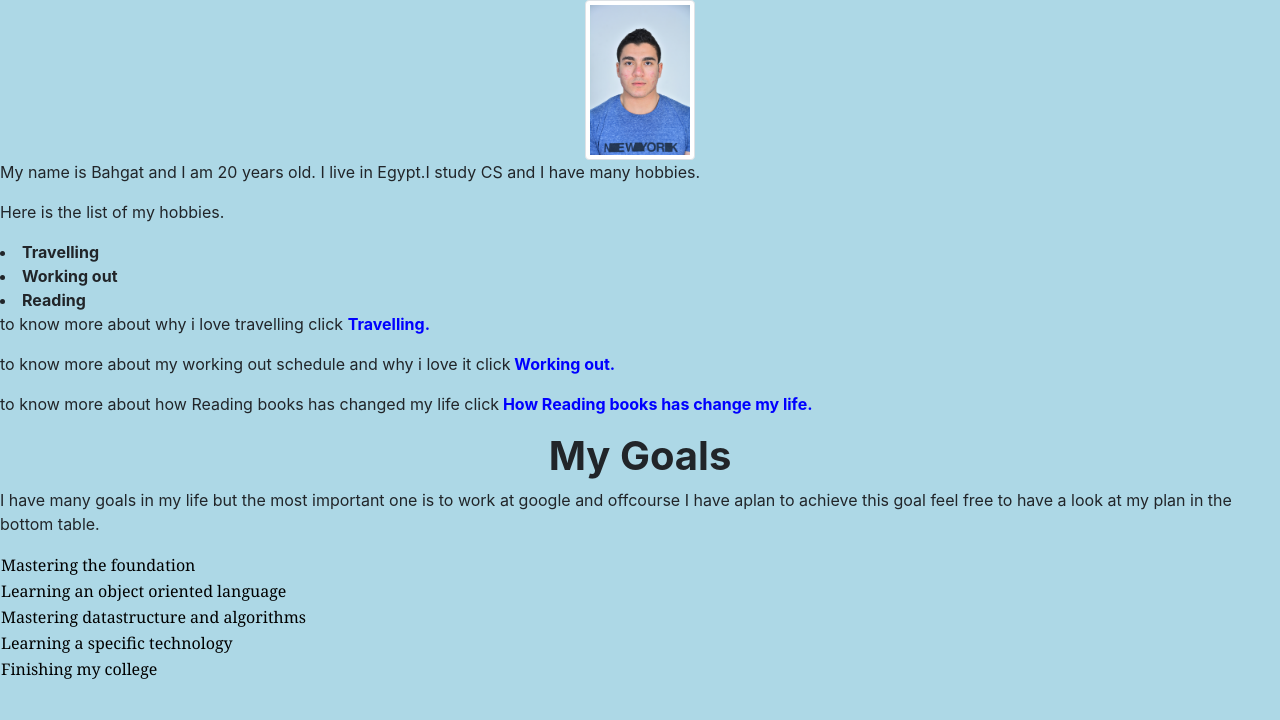
Repository: bahgaat/cs50
Page: environment/pset5/homepage/index.html
The author's editor kept a record of every edit. The page is drawn from the files as they stood at one moment, then again after the next edit.
The browser window is 1280 px wide. The pictures show the whole page.

Above is the page before.

### environment/pset5/homepage/index.html
<!DOCTYPE html>

<html lang="en">
    <head>
        <link href="https://stackpath.bootstrapcdn.com/bootstrap/4.1.3/css/bootstrap.min.css" rel="stylesheet">
        <link href="styles.css" rel="stylesheet">
        <title>Bahgat's profile</title>
    </head>
    <body>


          <div class="image"><img src=" Bahgat.jpg" class="img-thumbnail" alt="me"width="110" height="110"></div>
          <p>
              My name is Bahgat and I am 20 years old. I live in Egypt.I study CS and I have many hobbies.
          </p>
          <p>
              Here is the list of my hobbies.
          </p>
          <oI >
              <li><b>Travelling</b></li>
              <li><b>Working out</b></li>
              <li><b>Reading</b></li>
          </oI>

           <p>to know more about why i love travelling click <a href= " Travelling.html"> <b>Travelling.</b></a></p>
           <p>to know more about my working out schedule and why i love it click<a href= " Working out.html"><b> Working out.</b></a></p>
           <p>to know more about how Reading books has changed my life click<a href= " Reading.html"><b> How Reading books has change my life.</b></a></p>
         <h1><b>My Goals</b> </h1>
           <p> I have many goals in my life but the most important one is to work at google and offcourse I have aplan
           to achieve this goal feel free to have a look at my plan in the bottom table.</p>
           <div class="goals">
           <table>
               <tr>
                   <td>
                       Mastering the foundation
                   </td>
               </tr>
               <tr>
                   <td>
                       Learning an object oriented language
                   </td>
               </tr>
               <tr class="active">
                   <td>
                       Mastering datastructure and algorithms
                   </td>
               </tr>
               <tr>
                   <td>
                       Learning a specific technology
                   </td>
               </tr>
               <tr>
                   <td>
                       Finishing my college
                   </td>
               </tr>


           </table>
           </div>





    </body>
</html>

### environment/pset5/homepage/styles.css
body{
    background-color: lightblue;
}

.image
{
    text-align:center;
}

h1{
    text-align:center;
}

.goals
{
    border:0px white;
}


tr
{
    height:00px;
}
td
{
    background-color:lightBlue;
    color:black;
    font-size:12pt;
    font-family:georgia;

}
a
{
   color:blue;
}
a:link,a:visited
{
    color:blue;

}
a:hover,a:active
{
    color:darkblue;
}

After the next edit:
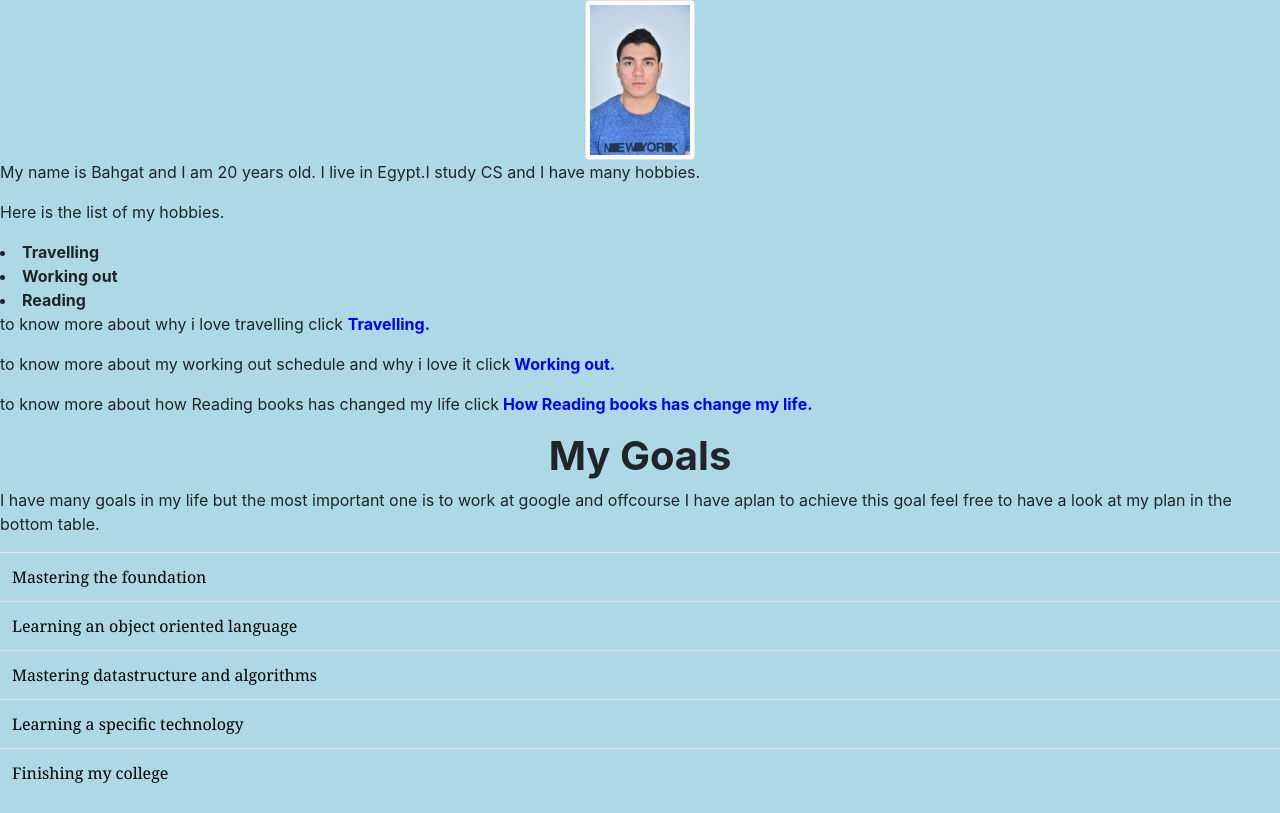
The edit:
--- a/environment/pset5/homepage/index.html
+++ b/environment/pset5/homepage/index.html
@@ -29,7 +29,7 @@
            <p> I have many goals in my life but the most important one is to work at google and offcourse I have aplan
            to achieve this goal feel free to have a look at my plan in the bottom table.</p>
            <div class="goals">
-           <table>
+           <table class="table table-hover">
                <tr>
                    <td>
                        Mastering the foundation
